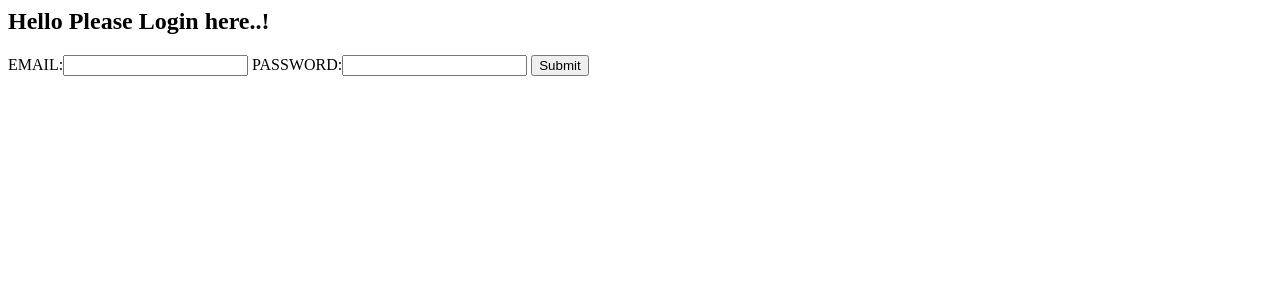
Repository: Yogesh12P/BridgeLabzJava
Page: http://localhost/LoginFormUsingSpringMvc/
The author's editor kept a copy of each file at every save. The page is drawn from the files as they stood at one save, then again after the next save.
The browser window is 1280 px wide. The pictures show the whole page.
The page is served by Tomcat 9.

Above is the page before, as saved 2017-11-14 13:15:47.

After the next save:
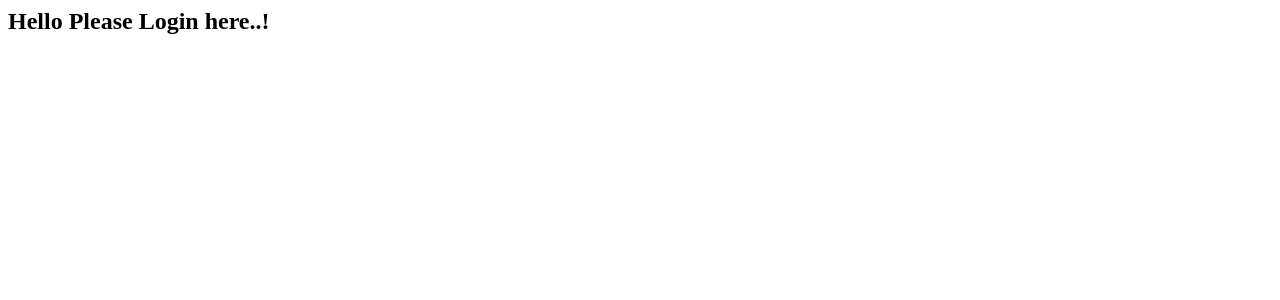
Saved 98 s later.
--- a/LoginFormUsingSpringMvc/src/main/webapp/index.jsp
+++ b/LoginFormUsingSpringMvc/src/main/webapp/index.jsp
@@ -1,14 +1,9 @@
 <html>
 <body>
 <h2>Hello Please Login here..!</h2>
-	<form action="login">
-		EMAIL:<input type="text" name="email" id="email">
-		PASSWORD:<input type="text" name="password" id="password">
-		 ${error}
-		<input type="submit">
-	</form>
 
-	<form:form id="loginForm" modelAttribute="login" action="loginProcess" method="post">
+	<form:form id="loginForm" action="loginProcess" method="post">
+
 	</form:form>
 </body>
 </html>
